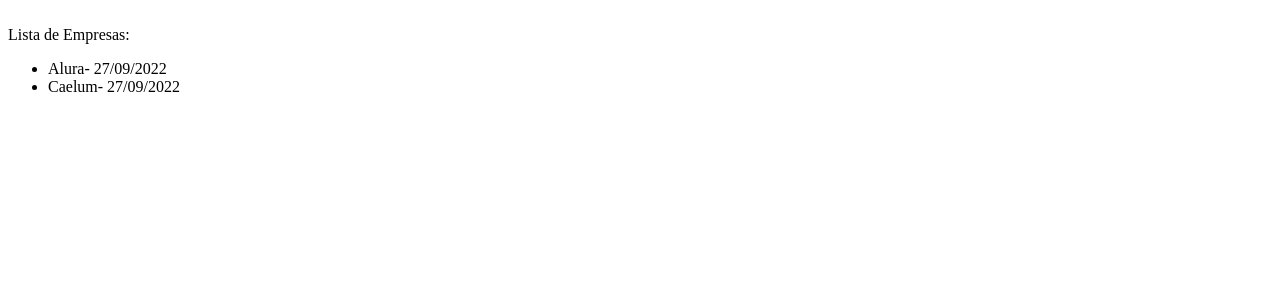
Repository: DiegoDBLe/JavaAlura
Page: http://localhost/gerenciador/listaEmpresas
The author's editor kept a copy of each file at every save. The page is drawn from the files as they stood at one save, then again after the next save.
The browser window is 1280 px wide. The pictures show the whole page.
The page is served by Tomcat 10.

Above is the page before, as saved 2022-10-11 14:50:52.

After the next save:
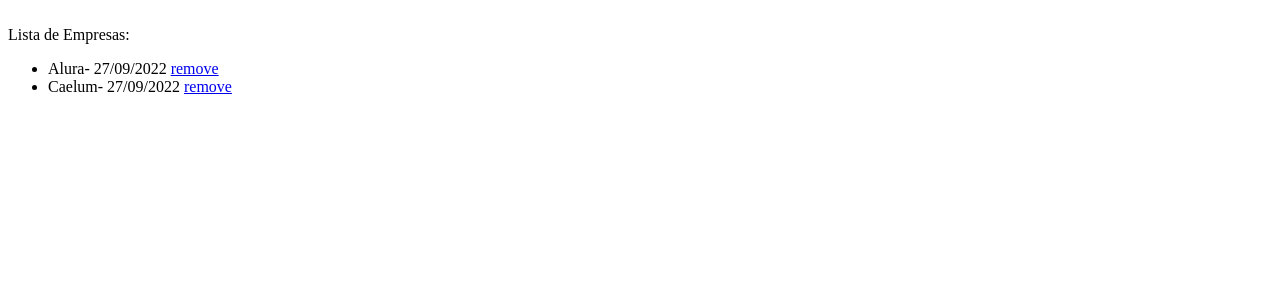
Saved 3 h 32 min later.
--- a/gerenciador/src/main/webapp/listaEmpresas.jsp
+++ b/gerenciador/src/main/webapp/listaEmpresas.jsp
@@ -26,6 +26,7 @@
 
 			<li>
 				${empresa.nome}- <fmt:formatDate value="${empresa.dataAbertura}" pattern="dd/MM/yyyy" />
+				<a href="/gerenciador/removeEmpresa"> remove </a>
 			</li>
 
 		</c:forEach>
